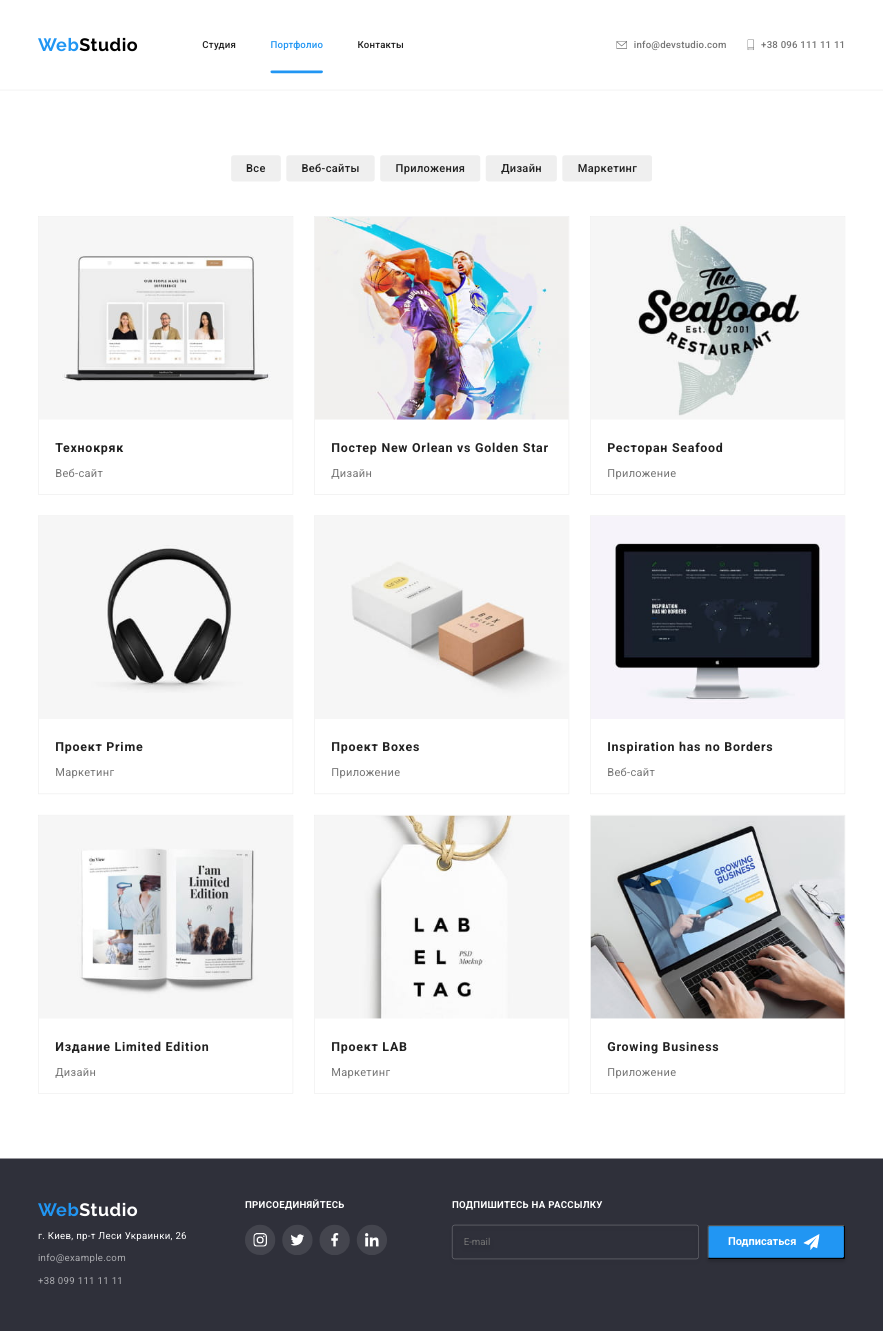
Repository: UliyaKucherernko/home-work-8
Page: porfolio.html
The author's editor kept a copy of each file at every save. The page is drawn from the files as they stood at one save, then again after the next save.
The browser window is 1280 px wide. The pictures show the whole page, at 69% of full size.
Some web libraries are served in a nearby version. The style sheet was rebuilt from its Sass, Less or Tailwind sources for each picture, by a compiler version that may differ from the author's.

Above is the page before, as saved 2021-05-05 18:52:58.

### porfolio.html
<!DOCTYPE html>
<html lang="en">
<head>
   <meta charset="UTF-8" />
   <meta http-equiv="X-UA-Compatible" content="IE=edge" />
   <meta name="viewport" content="width=device-width, initial-scale=1.0" />
   <title>WebStudio Портфолио</title>
   <link rel="stylesheet"
      href="https://cdnjs.cloudflare.com/ajax/libs/modern-normalize/1.0.0/modern-normalize.min.css" />
   <link rel="preconnect" href="https://fonts.gstatic.com" />
   <link
      href="https://fonts.googleapis.com/css2?family=Raleway:wght@700&family=Roboto:wght@400;500;700;900&display=swap"
      rel="stylesheet" />
   <link rel="stylesheet" href="./css/styles.min.css" />
</head>
<body>
<header class="header">
   <div class="header__container container">
      <nav class="navigation">
         <a class="link logo" href="index.html">
            <span class="web">Web</span><span class="studio">Studio</span></a>
         <ul class="list">
            <li class="header__menu-item">
               <a href="./index.html" class="link header__menu-link">Студия</a>
            </li>
            <li class="header__menu-item">
               <a href="./porfolio.html" class="link header__menu-link current">Портфолио</a>
            </li>
            <li class="header__menu-item">
               <a href="" class="link header__menu-link">Контакты</a>
            </li>
         </ul>
      </nav>
      <div class="list header__contact-item">
         <a class="link header__link" href="mailto:info@devstudio.com">
            <svg class="header__icon" width="16" height="12">
               <use href="./images/icons-sprite.svg#icon-mail"></use>
            </svg>
            info@devstudio.com
         </a>
         <a class="link header__link" href="tel:+380961111111">
            <svg class="header__icon" width="10" height="16">
               <use href="./images/icons-sprite.svg#icon-phone"></use>
            </svg>
            +38 096 111 11 11
         </a>
      </div>
   </div>
</header>
     <!--что входит в портфолио-->
    <main>
      <section class="gallery">
         <div class="container">
          <ul class="list gallery__btn">
              <li><button class="gallery__btn-filtr" type="button">Все</button></li>
              <li><button class="gallery__btn-filtr" type="button">Веб-сайты</button></li>
              <li><button class="gallery__btn-filtr" type="button">Приложения</button></li>
              <li><button class="gallery__btn-filtr" type="button">Дизайн</button></li>
              <li><button class="gallery__btn-filtr" type="button">Маркетинг</button></li>
          </ul>
 <ul class="gallery__list">
      <div class="gallery__card">
         <div class="gallery__thumb">
            <li><img src="./images/1-monitor.jpg" alt="на мониторе 3 фотокарточки людей" width="370">
               <div class="gallery__overlay">
                  <p class="gallery__text-overlay">Технокряк это современная площадка распространения коронавируса.
                        Компании используют эту платформу для цифрового
                        шпионажа и атак на защищённые сервера конкурентов.</p>
               </div>
            </li>
         </div>
                  <div class="gallery__text">
                       <h3 class="gallery__name">Технокряк</h3>
                       <p class="gallery__main-name">Веб-сайт</p>
                  </div>
      </div>
      <div class="gallery__card">
         <div class="gallery__thumb">
            <li><img src="./images/2-nba.jpg" alt="2 прня играют в баскетбол" width="370">
               <div class="gallery__overlay">
                     <p class="gallery__text-overlay">New Orleans Pelicans — профессиональный баскетбольный клуб,
                         выступающий в Национальной баскетбольной ассоциации.
                     Изначально годом основания команды считался 1988 год.</p>
               </div>
            </li>
         </div>
                  <div class="gallery__text">
                     <h3 class="gallery__name">Постер New Orlean vs Golden Star</h3>
                        <p class="gallery__main-name">Дизайн</p>
                  </div>
      </div>
      <div class="gallery__card">
         <div class="gallery__thumb">
            <li><img src="./images/3-seafood.jpg" alt="рыбный ресторан" width="370">
               <div class="gallery__overlay">
                     <p class="gallery__text-overlay">Рыбный ресторан «Seafood» расположен по бульвару Леси Украинки, недалеко от станции метро Печерская. При входе
                     слева расположен большой аквариум со свежими устрицами.</p>
               </div>
            </li>
         </div>
                  <div class="gallery__text">
                     <h3 class="gallery__name">Ресторан Seafood</h3>
                     <p class="gallery__main-name">Приложение</p>
                  </div>
      </div>
      <div class="gallery__card">
         <div class="gallery__thumb">
            <li><img src="./images/4-prime.jpg" alt="наушники" width="370">
               <div class="gallery__overlay">
                  <p class="gallery__text-overlay">Наушники представляют собой пару небольших по размеру головных телефона или блока наушника,
                      надеваемых на голову или вставляемых прямо в ушные каналы.</p>
               </div>
            </li>
         </div>
                  <div class="gallery__text">
                     <h3 class="gallery__name">Проект Prime</h3>
                     <p class="gallery__main-name">Маркетинг</p>
                  </div>
      </div>

      <div class="gallery__card">
         <div class="gallery__thumb">
            <li><img src="./images/5-boxes.jpg" alt="2 коробки разного размера" width="370">
               <div class="gallery__overlay">
                  <p class="gallery__text-overlay">BOXES - изделие простой конструкции из картона или другого плотного материала
                      в форме многогранника</p>
               </div>
            </li>
         </div>
                  <div class="gallery__text">
                     <h3 class="gallery__name">Проект Boxes</h3>
                     <p class="gallery__main-name">Приложение</p>
                  </div>
      </div>

      <div class="gallery__card">
         <div class="gallery__thumb">
            <li><img src="./images/6-borders.jpg" alt="монитор борд с картой мира" width="370">
               <div class="gallery__overlay">
                  <p class="gallery__text-overlay">Реклама - аправление в маркетинговых коммуникациях, в рамках которого производится
                     распространение информации для привлечения
                  внимания к объекту рекламирования с целью формирования или поддержания интереса к нему.</p>
               </div>
            </li>
         </div>
                  <div class="gallery__text">
                     <h3 class="gallery__name">Inspiration has no Borders</h3>
                     <p class="gallery__main-name">Веб-сайт</p>
                  </div>
      </div>
      <div class="gallery__card">
         <div class="gallery__thumb">
            <li><img src="./images/7-magazine.jpg" alt="журнал" width="370">
               <div class="gallery__overlay">
                  <p class="gallery__text-overlay">Специальный вид издания художественного произведения, куда включены дополнительные материалы, отсутствующие в стандартной версии.</p>
               </div>
            </li>
         </div>
                  <div class="gallery__text">
                     <h3 class="gallery__name">Издание Limited Edition</h3>
                     <p class="gallery__main-name">Дизайн</p>
                  </div>
      </div>
      <div class="gallery__card">
         <div class="gallery__thumb">
            <li><img src="./images/8-labels.jpg" alt="белая этикетка бирка" width="370">
               <div class="gallery__overlay">
                  <p class="gallery__text-overlay">Label-графический или текстовый знак,
                     нанесённый в виде наклейки, бирки или талона на товар, экспонат, любой другой продукт
                  производства, с указанием торговой марки производителя.</p>
               </div>
            </li>
         </div>
                  <div class="gallery__text">
                     <h3 class="gallery__name">Проект LAB</h3>
                     <p class="gallery__main-name">Маркетинг</p>
                  </div>
      </div>
      <div class="gallery__card">
         <div class="gallery__thumb">
            <li><img src="./images/9-nout.jpg" alt="печатают на ноуте" width="370">
               <div class="gallery__overlay">
                  <p class="gallery__text-overlay">Offline/Online - работа, доступная для широких масс населения, использующая главные достоинства Интернета</p>
               </div>
            </li>
         </div>
                     <div class="gallery__text">
                        <h3 class="gallery__name">Growing Business</h3>
                        <p class="gallery__main-name">Приложение</p>
                     </div>
      </div>
   </ul>
      </div>
     </section>
    </main>

   <!--подвал-->
   <footer class="footer">
      <div class="container footer__container">
         <div class="footer__block">
            <a class="link logo" href="index.html">
               <span class="web">Web</span><span class="footer__studio">Studio</span></a>
            <address>
               <ul class="footer__list">
                  <li>
                     <a href="" class="link footer__adress">г. Киев, пр-т Леси Украинки, 26</a>
                  </li>
                  <li>
                     <a href="mailto:info@example.com" class="link footer__contact">info@example.com</a>
                  </li>
                  <li>
                     <a href="+380991111111" class="link footer__contact">+38 099 111 11 11</a>
                  </li>
               </ul>
            </address>
         </div>
         <div class="footer__block">
            <p class="footer__sleng">присоединяйтесь</p>
            <ul class="social-icons">
               <li class="social-icon-item">
                  <a href="" class="social-icon-link footer__icon">
                     <svg>
                        <use href="./images/icons-sprite.svg#icon-instagram"></use>
                     </svg>
                  </a>
               </li>
               <li class="social-icon-item">
                  <a href="" class="social-icon-link footer__icon">
                     <svg>
                        <use href="./images/icons-sprite.svg#icon-twitter"></use>
                     </svg>
                  </a>
               </li>
               <li class="social-icon-item">
                  <a href="" class="social-icon-link footer__icon">
                     <svg>
                        <use href="./images/icons-sprite.svg#icon-facebook"></use>
                     </svg>
                  </a>
               </li>
               <li class="social-icon-item">
                  <a href="" class="social-icon-link footer__icon">
                     <svg>
                        <use href="./images/icons-sprite.svg#icon-linkedin"></use>
                     </svg>
                  </a>
               </li>
            </ul>
         </div>
         <div class="footer__block">
            <p class="footer__sleng">подпишитесь на рассылку</p>
            <form name="footer__form" class="footer__form" novalidate>
               <input type="email" name="email" class="footer__contact-form" id="user_email" placeholder="E-mail" />
               <button type="submit" class="footer__button">Подписаться
                  <svg class="footer__icon-send" width="24px" height="24px">
                     <use href="./images/icons-sprite.svg#icon-icon-send"></use>
                  </svg>
               </button>
            </form>
         </div>
      </div>
   </footer>
   </body>
   </html>

### sass/styles.scss
@import "./vendors/modern-normalize";
@import "./utils/variables";

@import "./base/common";
@import "./base/container";

@import "./components/button";
@import "./components/social-icon";
@import "./components/logo";
@import "./components/section-title";
@import "./components/modal";
@import "./components/modal-form";
@import "./components/contract-checkbox";

@import "./layouts/grid";
@import "./layouts/header";
@import "./layouts/footer";
@import "./layouts/hero";
@import "./layouts/gallery";
@import "./layouts/work";
@import "./layouts/team";
@import "./layouts/cliens";
@import "./layouts/features";
@import "./layouts/navigation";

### sass/utils/_variables.scss
:root {
  --main-text-color: #757575;
  --accent-color: #2196f3;
  --title-color: #212121;
  --dark-bg-color: #2f303a;
  --content-color: #ffffff;
  --team-color: #f5f4fa;
  --social-color: #afb1b8;
  --grid-item: 1;
}

### sass/base/_common.scss
:focus {
  outline: none;
}

*,
*::after,
*::before {
  box-sizing: inherit;
}

address {
  font-style: normal;
}

body {
  font-family: "Roboto", sans-serif;
  font-size: 14px;
  font-weight: 500;
  line-height: 16px;
  letter-spacing: 0.02em;
  text-align: left;
  color: var(--main-text-color);
  margin: 0;
}

.link {
  text-decoration: none;
  color: inherit;
}
h1,
h2,
h3,
p,
ul,
li {
  margin: 0;
  padding: 0;
}

.list {
  display: flex;
  justify-content: center;
  margin-top: 0;
  margin-bottom: 0;
  padding-left: 0;
  list-style: none;
}

### sass/base/_container.scss
.container {
  width: 1200px;
  padding-left: 15px;
  padding-right: 15px;
  margin-right: auto;
  margin-left: auto;
  box-sizing: border-box;
}

.header__container {
  color: var(--title-color);
  display: flex;
  justify-content: flex-end;
  align-items: center;
}

.footer__container {
  display: flex;
  justify-content: space-between;
}

### sass/components/_button.scss
button:hover,
button:focus {
  background: var(--accent-color);
  color: var(--content-color);
  transition-duration: 250ms;
  transition-timing-function: cubic-bezier(0.4, 0, 0.2, 1);
}

button {
  cursor: pointer;
  font-family: inherit;
}

### sass/components/_social-icon.scss
.social-icons {
  display: inline-flex;
}

.social-icon-item {
  display: block;
}

.social-icon-item svg {
  width: 20px;
  height: 20px;
}

.social-icon-item:not(:last-child) {
  margin-right: 10px;
}

.social-icon-link {
  display: flex;
  justify-content: center;
  align-items: center;
  width: 44px;
  height: 44px;
  border-radius: 50%;
}

.social-icon-link:hover,
.social-icon-link:focus {
  background-color: var(--accent-color);
  transition-duration: 250ms;
  transition-timing-function: cubic-bezier(0.4, 0, 0.2, 1);
}

### sass/components/_logo.scss
.logo {
  font-family: Raleway;
  font-weight: 700;
  font-size: 26px;
  line-height: 1.19;
  letter-spacing: 0.03em;
}

.web {
  color: var(--accent-color);
}

.studio {
  color: #000000;
  margin-right: 93px;
}

.footer__studio {
  color: var(--content-color);
}

### sass/components/_section-title.scss
.section-title {
  margin-top: 0;
  margin-bottom: 0;
  text-align: center;
  font-weight: 700;
  font-size: 36px;
  line-height: 1.16;
  letter-spacing: 0.03em;
  color: var(--title-color);
}

### sass/components/_modal-form.scss
.modal__form {
  width: 100%;
  margin-right: auto;
  margin-left: auto;
}

.modal__form-block {
  position: relative;
  height: 40px;
  margin-bottom: 10px;
}

.modal__form-block:hover svg,
.modal__form-block:focus svg {
  fill: var(--accent-color);
  transition-duration: 250ms;
  transition-timing-function: cubic-bezier(0.4, 0, 0.2, 1);
}

.modal__form-blok {
  position: relative;
  width: 100%;
}

textarea {
  font-family: inherit;
  width: 100%;
  border-width: 2px;
  border-radius: 4px;
  padding: 12px 16px;
  border-color: rgba(33, 33, 33, 0.2);
  resize: none;
  margin-top: 4px;
  margin-bottom: 20px;
}

### sass/layouts/_grid.scss
.grid-item {
  flex-basis: calc((100% - 30px * var(--grid-item)) / var(--grid-item));
}

### sass/layouts/_header.scss
.header {
  padding: 25px 0;
  border-bottom: 1px solid #eeeeee;
}

.header__adress {
  font-weight: 500;
  font-size: 14px;
  line-height: 1.14;
  letter-spacing: 0.02em;
  color: var(--main-text-color);
}

.header__menu-link {
  position: relative;
  display: block;
  padding-top: 32px;
  padding-bottom: 32px;
  transition-duration: 250ms;
  transition-timing-function: cubic-bezier(0.4, 0, 0.2, 1);
}

.header__link {
  display: inline-flex;
  align-items: center;
  text-decoration: none;
  font-style: normal;
  font-weight: 500;
  font-size: 14px;
  letter-spacing: 0.02em;
  color: var(--main-text-color);
}

.header__menu-item:not(:last-child) {
  margin-right: 50px;
}

.header__link:hover,
.header__link:focus {
  color: var(--accent-color);
  transition-duration: 250ms;
  transition-timing-function: cubic-bezier(0.4, 0, 0.2, 1);
}

.header__link:not(:last-child) {
  margin-right: 30px;
}

.header__icon {
  fill: var(--main-text-color);
  margin-right: 10px;
}

.header__menu-link:hover,
.header__menu-link:focus {
  color: var(--accent-color);
  transition-duration: 250ms;
  transition-timing-function: cubic-bezier(0.4, 0, 0.2, 1);
}

.header__link:hover .header__icon,
.header__link:focus .header__icon {
  fill: var(--accent-color);
  transition-duration: 250ms;
  transition-timing-function: cubic-bezier(0.4, 0, 0.2, 1);
}

.current {
  color: var(--accent-color);
}

.current::after {
  content: "";
  position: absolute;
  display: block;
  width: 100%;
  height: 4px;
  border-radius: 2px;
  left: 0;
  bottom: -1px;
  background-color: var(--accent-color);
}

### sass/layouts/_work.scss
.work {
  padding: 94px 0;
}

.work__box-product {
  position: relative;
  height: 294px;
  padding: 0;
}

.work__box-product:not(:last-child) {
  margin-right: 30px;
}

.work__boxes {
  display: flex;
  margin-top: 50px;
  list-style: none;
  padding-left: 0;
}

.work__content {
  position: absolute;
  display: flex;
  justify-content: center;
  align-items: center;
  font-weight: bold;
  line-height: 1.14;
  text-transform: uppercase;
  top: 224px;
  right: 0;
  width: 100%;
  height: 70px;
  color: var(--content-color);
  background-color: rgba(47, 48, 58, 0.8);
}

### sass/layouts/_cliens.scss
.clients {
  padding: 94px 0;
}

.client__logo {
  fill: var(--social-color);
}

.clients__list {
  display: flex;
  align-items: center;
  justify-content: center;
  list-style: none;
}

.client__logo:hover,
.client__logo:focus {
  fill: var(--accent-color);
  transition-duration: 250ms;
  transition-timing-function: cubic-bezier(0.4, 0, 0.2, 1);
}

.clients__item:not(:last-child) {
  margin-right: 30px;
}

.client__link {
  margin-top: 50px;
  display: flex;
  justify-content: center;
  align-items: center;
  width: 170px;
  height: 90px;
  border: 1px solid #afb1b8;
  border-radius: 4px;
}

.client__link:hover,
.client__link:focus {
  border: 1px solid var(--accent-color);
  transition-duration: 250ms;
  transition-timing-function: cubic-bezier(0.4, 0, 0.2, 1);
}

### sass/layouts/_navigation.scss
.navigation {
  display: flex;
  align-items: center;
  margin-right: auto;
}

Loaded but not shown: sass/components/_modal.scss (157 lines, source omitted); sass/layouts/_gallery.scss (113 lines, source omitted); sass/layouts/_footer.scss (106 lines, source omitted); sass/vendors/_modern-normalize.scss (1 lines, source omitted); sass/components/_contract-checkbox.scss (65 lines, source omitted); sass/layouts/_hero.scss (61 lines, source omitted); sass/layouts/_team.scss (60 lines, source omitted); sass/layouts/_features.scss (50 lines, source omitted)

After the next save:
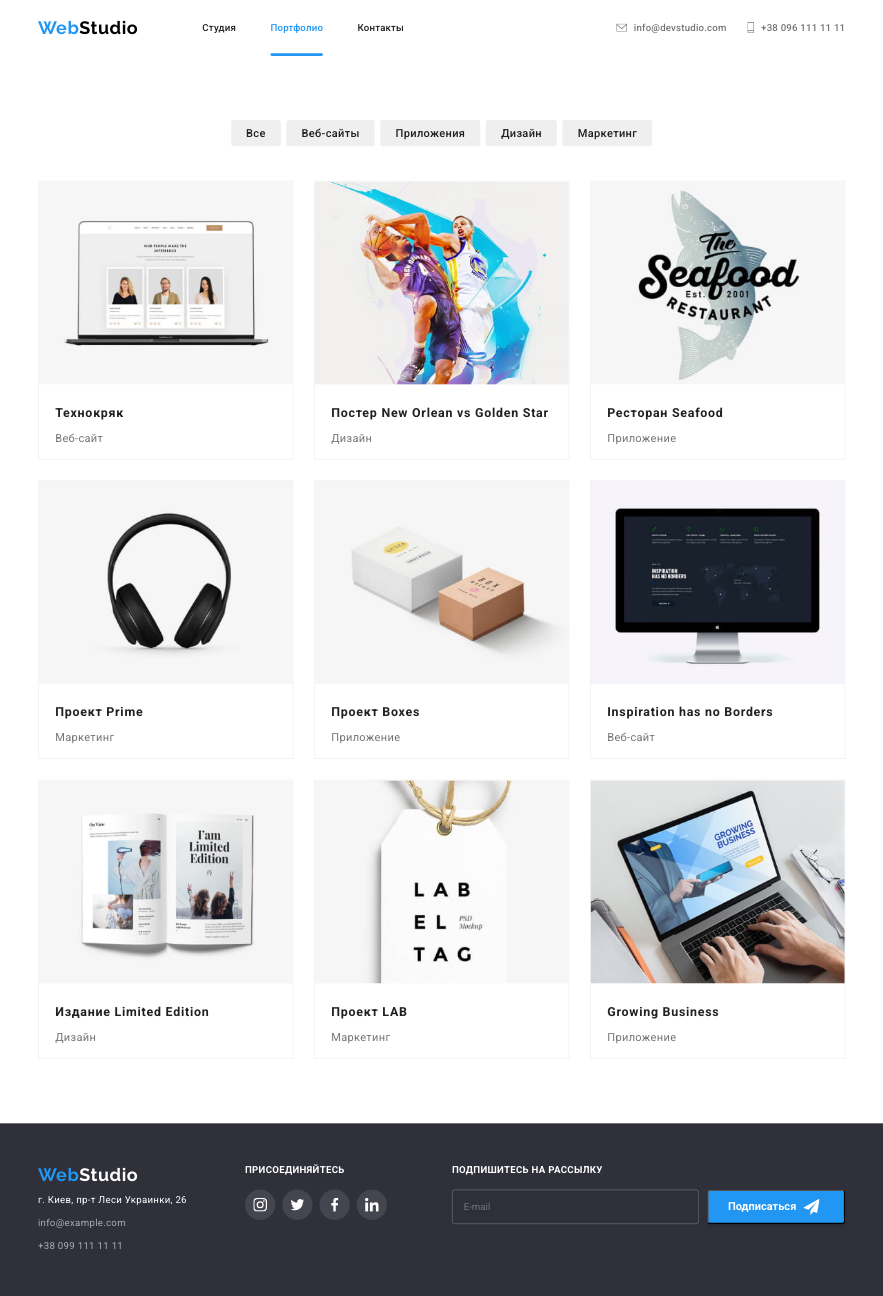
Saved 4 s later.
--- a/sass/layouts/_header.scss
+++ b/sass/layouts/_header.scss
@@ -1,6 +1,4 @@
 .header {
-  padding: 25px 0;
-  border-bottom: 1px solid #eeeeee;
 }
 
 .header__adress {

After the save that followed:
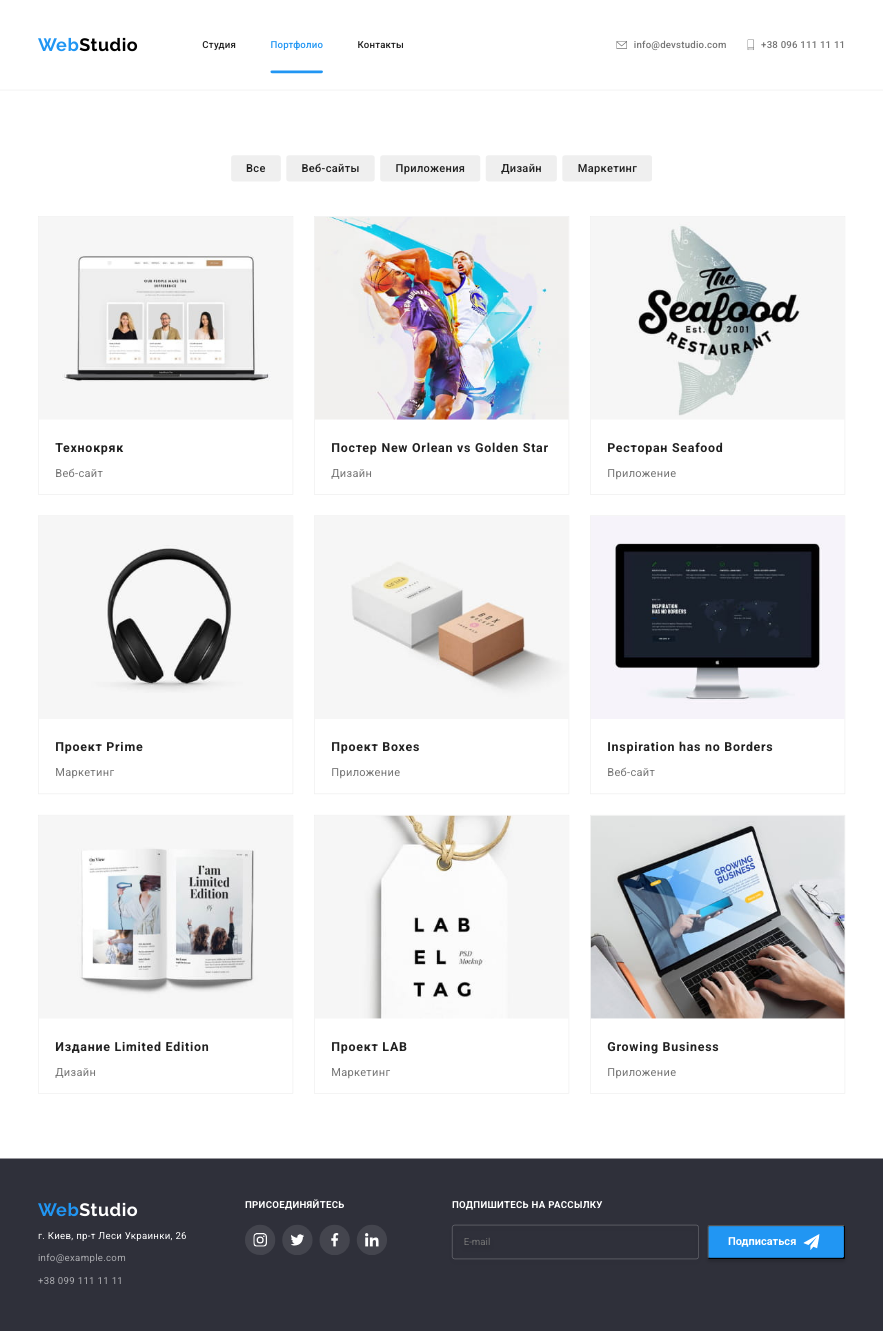
Saved 18 s later.
--- a/sass/layouts/_header.scss
+++ b/sass/layouts/_header.scss
@@ -1,4 +1,6 @@
 .header {
+  padding: 25px 0;
+  border-bottom: 1px solid #eeeeee;
 }
 
 .header__adress {
